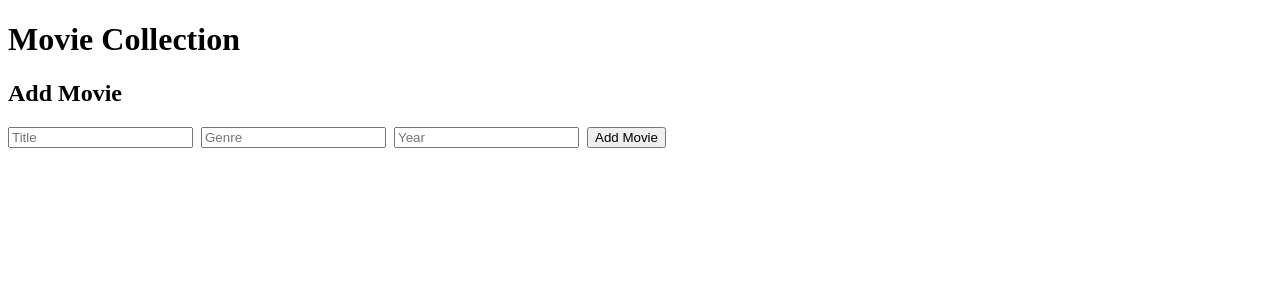
Repository: sodiumbicarbonate-29/manondo-dinneshnicole-movie-api
Page: index.html
An editor plug-in stored every save of this project. The page is shown before and after the next save, followed by the edit.
The browser window is 1280 px wide. The pictures show the whole page.

Above is the page before, as saved 2026-09-17 18:23:19.

After the next save:
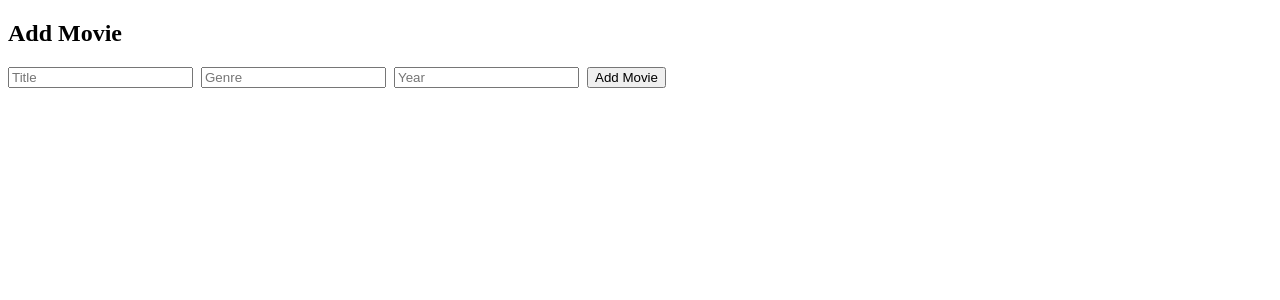
Saved 43 s later.
--- a/index.html
+++ b/index.html
@@ -9,7 +9,6 @@
     </style>
 </head>
 <body>
-    <h1>Movie Collection</h1>
     <h2>Add Movie</h2>
     <div class="form-row">
         <input type="text" id="title" placeholder="Title" />

After the save that followed:
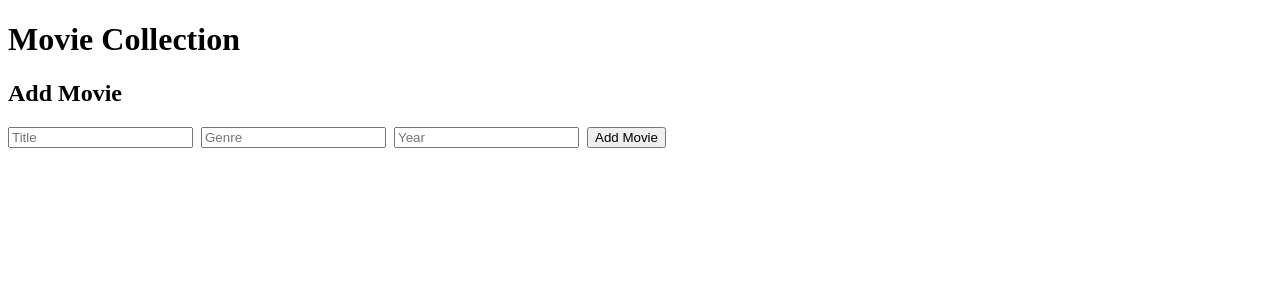
Saved 14 s later.
--- a/index.html
+++ b/index.html
@@ -9,6 +9,7 @@
     </style>
 </head>
 <body>
+    <h1>Movie Collection</h1>
     <h2>Add Movie</h2>
     <div class="form-row">
         <input type="text" id="title" placeholder="Title" />
